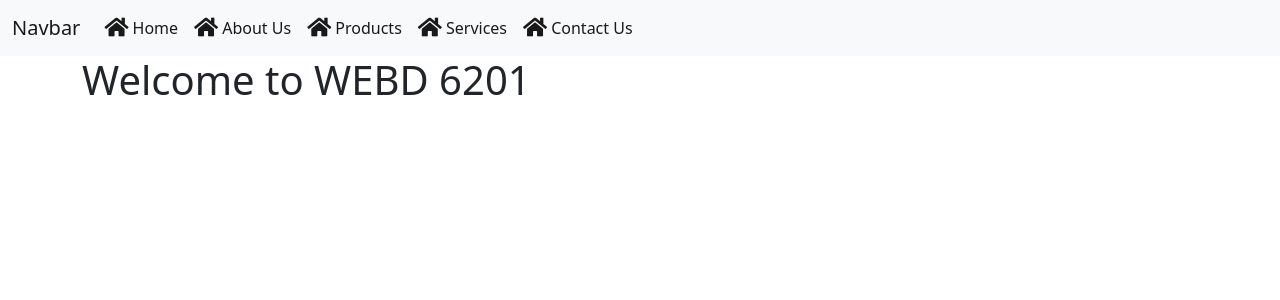
Repository: AshokSasi/WEBD6201-Week3
Page: index.html
An editor plug-in stored every save of this project. The page is shown before and after the next save, followed by the edit.
The browser window is 1280 px wide. The pictures show the whole page.

Above is the page before, as saved 2021-01-20 09:10:05.

### index.html
<!DOCTYPE html>
<html lang="en">
<head>
    <meta charset="UTF-8">
    <meta name="viewport" content="width=device-width, initial-scale=1.0">
    <title>WEBD6201 - W2021 - ICE 1</title>
    <!-- CSS Section-->
    <link rel="stylesheet" href="./Content/app.css">
    <link rel="stylesheet" href="./node_modules/bootstrap/dist/css/bootstrap.min.css">
    <link rel="stylesheet" href="./node_modules/@fortawesome/fontawesome-free/css/all.min.css">
</head>
<body>
    <header>
        <nav class="navbar navbar-expand-lg navbar-light bg-light">
            <div class="container-fluid">
              <a class="navbar-brand" href="#">Navbar</a>
              <button class="navbar-toggler" type="button" data-bs-toggle="collapse" data-bs-target="#navbarSupportedContent" aria-controls="navbarSupportedContent" aria-expanded="false" aria-label="Toggle navigation">
                <span class="navbar-toggler-icon"></span>
              </button>
              <div class="collapse navbar-collapse" id="navbarSupportedContent">
                <ul class="navbar-nav me-auto mb-2 mb-lg-0">
                  <li class="nav-item">
                    <a class="nav-link active" aria-current="page" href="#"><i class="fas fa-home fa-lg"></i> Home</a>
                  </li>
                  <li class="nav-item">
                    <a class="nav-link active" aria-current="page" href="#"><i class="fas fa-home fa-lg"></i> About Us</a>
                  </li>
                  <li class="nav-item">
                    <a class="nav-link active" aria-current="page" href="#"><i class="fas fa-home fa-lg"></i> Products</a>
                  </li>
                  <li class="nav-item">
                    <a class="nav-link active" aria-current="page" href="#"><i class="fas fa-home fa-lg"></i> Services</a>
                  </li>
                  <li class="nav-item">
                    <a class="nav-link active" aria-current="page" href="#"><i class="fas fa-home fa-lg"></i> Contact Us</a>
                  </li>
                </ul>

              </div>
            </div>
          </nav>
    </header>

    <main class="container">
        <h1>Welcome to WEBD 6201</h1>

    </main>

    <!--Javascript section-->
    <script src="./Scripts/app.js"></script>
    <script src="./node_modules/jquery/dist/jquery.min.js"></script>
    <script src="./node_modules/bootstrap/dist/js/bootstrap.bundle.min.js"></script>
</body>
</html>

### Scripts/app.js

//IIFE Immediately Function Expression
//AKA - Anonymous Self- Executing Function
//Closure - Limits scop leak

(function()
{
    function Start()
    {
        console.log("App started ...");

    }
    window.addEventListener("load", Start);
})();

Loaded but not shown: node_modules/bootstrap/dist/css/bootstrap.min.css (library); node_modules/@fortawesome/fontawesome-free/css/all.min.css (library); node_modules/jquery/dist/jquery.min.js (library); node_modules/bootstrap/dist/js/bootstrap.bundle.min.js (library); Content/app.css (no stored copy; drawn as an empty file)

After the next save:
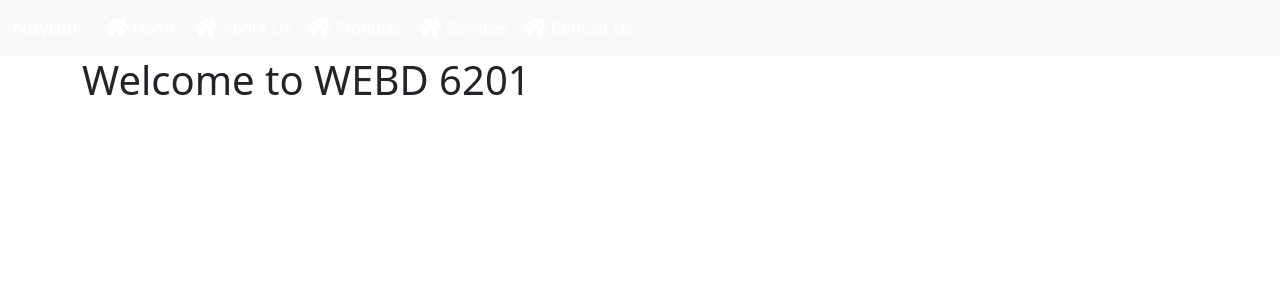
Saved 11 s later.
--- a/index.html
+++ b/index.html
@@ -11,7 +11,7 @@
 </head>
 <body>
     <header>
-        <nav class="navbar navbar-expand-lg navbar-light bg-light">
+        <nav class="navbar navbar-expand-lg navbar-dark bg-light">
             <div class="container-fluid">
               <a class="navbar-brand" href="#">Navbar</a>
               <button class="navbar-toggler" type="button" data-bs-toggle="collapse" data-bs-target="#navbarSupportedContent" aria-controls="navbarSupportedContent" aria-expanded="false" aria-label="Toggle navigation">
